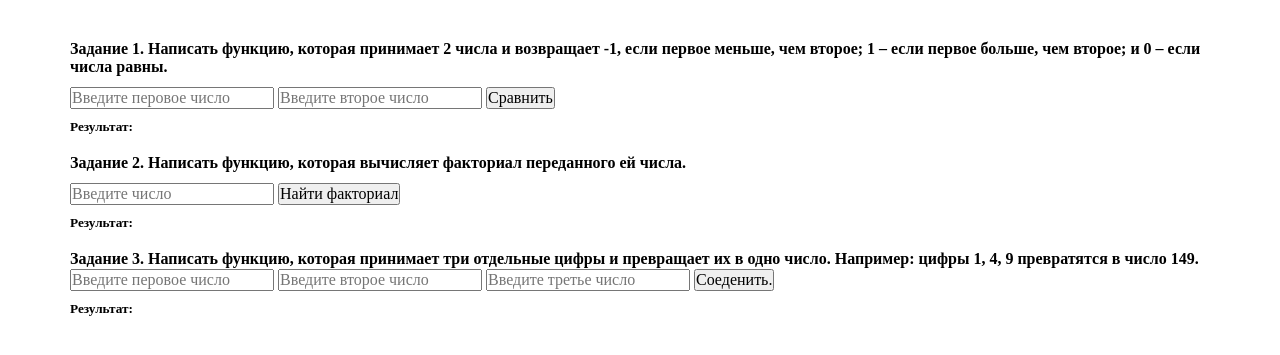
Repository: NastyaGavrilova/Beetroot-js
Page: HW3/index.html
These files come from the project's save history. The page is drawn as it stood at one moment and after the next save; the edit follows.
The browser window is 1280 px wide. The pictures show the whole page.

Above is the page before, as saved 2021-10-18 14:35:50.

### HW3/index.html
<!DOCTYPE html>
<html lang="en">
  <head>
    <meta charset="UTF-8" />
    <meta http-equiv="X-UA-Compatible" content="IE=edge" />
    <meta name="viewport" content="width=device-width, initial-scale=1.0" />
    <link
      rel="stylesheet"
      href="https://cdnjs.cloudflare.com/ajax/libs/normalize/8.0.1/normalize.min.css"
      integrity="sha512-NhSC1YmyruXifcj/KFRWoC561YpHpc5Jtzgvbuzx5VozKpWvQ+4nXhPdFgmx8xqexRcpAglTj9sIBWINXa8x5w=="
      crossorigin="anonymous"
      referrerpolicy="no-referrer"
    />
    <link rel="stylesheet" href="./index.css" />
    <title>Functions</title>
  </head>
  <body>
    <section class="c-task-one">
      <h4 class="c-task-one__title c-title">
        Задание 1. Написать функцию, которая принимает 2 числа и возвращает -1,
        если первое меньше, чем второе; 1 – если первое больше, чем второе; и 0
        – если числа равны.
      </h4>
      <form
        action="#"
        method="post"
        class="c-task-one__form c-form"
        id="js-task1-form"
      >
        <input
          type="number"
          id="js-task1-input1"
          placeholder="Введите перовое число"
        />
        <input
          type="number"
          id="js-task1-input2"
          placeholder="Введите второе число"
        />
        <button id="js-task1-btn">Сравнить</button>
      </form>
      <h5>Результат: <span id="js-task1-span"></span></h5>
    </section>

    <section class="c-task-two c-tasks">
      <h4 class="c-task-two__title c-title">
        Задание 2. Написать функцию, которая вычисляет факториал переданного ей
        числа.
      </h4>
      <form
        action="#"
        method="post"
        class="c-task-two__form c-form"
        id="js-task2-form"
      >
        <input type="number" id="js-task2-input1" placeholder="Введите число" />
        <button id="js-task2-btn">Найти факториал</button>
      </form>
      <h5>Результат: <span id="js-task2-span"></span></h5>
    </section>

    <section class="c-task-three c-tasks">
      <h4 class="c-task-third__title c-title">
        Задание 3. Написать функцию, которая принимает три отдельные цифры и
        превращает их в одно число. Например: цифры 1, 4, 9 превратятся в число
        149.
      </h4>
      <form
        action="#"
        method="post"
        class="c-task-two__form"
        id="js-task3-form c-form"
      >
        <input
          type="number"
          id="js-task3-input1"
          placeholder="Введите перовое число"
        />
        <input
          type="number"
          id="js-task3-input2"
          placeholder="Введите второе число"
        />
        <input
          type="number"
          id="js-task3-input3"
          placeholder="Введите третье число"
        />
        <button id="js-task3-btn">Соеденить.</button>
      </form>
      <h5>Результат: <span id="js-task3-span"></span></h5>
    </section>

    <script src="./index.js"></script>
  </body>
</html>

### HW3/index.css
* {
  box-sizing: border-box;
  padding: 0;
  margin: 0;
}

body {
  max-width: 1200px;
  margin: 0 auto;
}
.c-task-one {
  padding: 40px 30px 20px 30px;
}

.c-task-one__title {
  margin-bottom: 10px;
}
.c-task-one__form {
  margin-bottom: 10px;
}

.c-tasks {
  padding: 0 30px 20px 30px;
}
.c-task-two__title {
  margin-bottom: 10px;
}
.c-task-two__form {
  margin-bottom: 10px;
}
.c-task-third {
  padding: 0 30px 20px 30px;
}

### HW3/index.js
// const log = console.log;
// Task 1
let btn1 = document.getElementById("js-task1-btn");
btn1.addEventListener("click", (e) => {
  e.preventDefault();
  let task = document.getElementById("js-task1-input1");
  let task1 = document.getElementById("js-task1-input2");
  let span1 = document.getElementById("js-task1-span");
  let one = 1;
  let minusOne = -1;
  let zero = 0;
  if (task.value < task1.value) {
    return (span1.innerHTML = minusOne);
  } else if (task.value > task1.value) {
    return (span1.innerHTML = one);
  } else if (task.value == task1.value) {
    return (span1.innerHTML = zero);
  }
});

// task 2
let btn2 = document.getElementById("js-task2-btn");
btn2.addEventListener("click", (e) => {
  e.preventDefault();
  let task2 = document.getElementById("js-task2-input1");
  let span2 = document.getElementById("js-task2-span");
  let total = 1;
  for (i = task2.value; i > 1; i--) {
    total *= i;
  }
  return (span2.innerHTML = total);
});

// task 3
let btn3 = document.getElementById("js-task3-btn");
btn3.addEventListener("click", (e) => {
  e.preventDefault();
  let task3 = document.getElementById("js-task3-input1");
  let task3_1 = document.getElementById("js-task3-input2");
  let task3_2 = document.getElementById("js-task3-input3");
  let span3 = document.getElementById("js-task3-span");
  if (isNaN(task3.value, task3_1.value, task3_2.value)) {
    return (span3.innerHTML = "Введеное число не цифра");
  }
  return (span3.innerHTML = `${task3.value}${task3_1.value}${task3_2.value}`);
});

// task 4

// let side = +prompt("Задание 4. Введите первую сторону.");
// let side1 = +prompt("Задание 4. Введите второю сторону.");

// let square = (s, s1) => {
//   let square1;
//   if (s != "" && s1 != "") {
//     square1 = s * s1;
//     return log(`Площадь прямоугольника ${square1}`);
//   } else if (s != "" && s1 == "") {
//     square1 = s * s;
//     log(`Площадь квадрата ${square1}`);
//   } else if (s == "" && s1 != "") {
//     square1 = s1 * s1;
//     log(`Площадь квадрата ${square1}`);
//   }
// };

// square(side, side1);

After the next save:
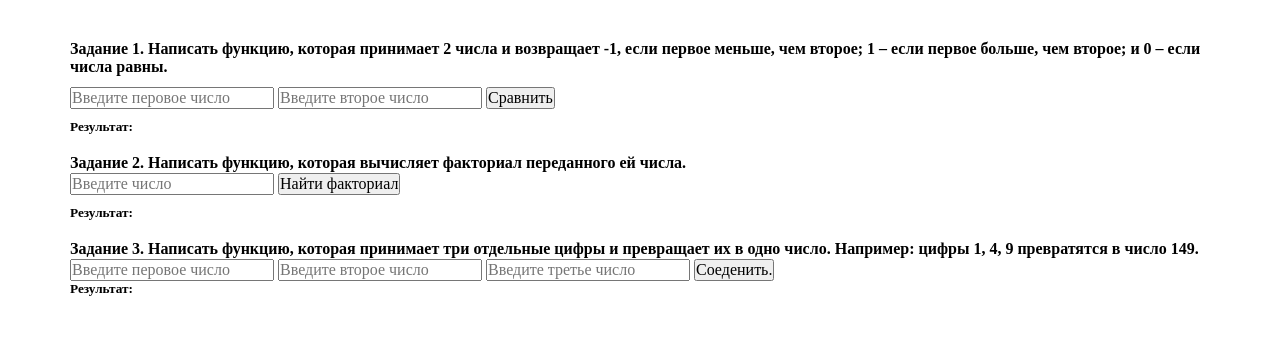
Saved 28 s later.
--- a/HW3/index.css
+++ b/HW3/index.css
@@ -22,12 +22,7 @@ body {
 .c-tasks {
   padding: 0 30px 20px 30px;
 }
-.c-task-two__title {
+
+.c-form {
   margin-bottom: 10px;
 }
-.c-task-two__form {
-  margin-bottom: 10px;
-}
-.c-task-third {
-  padding: 0 30px 20px 30px;
-}
